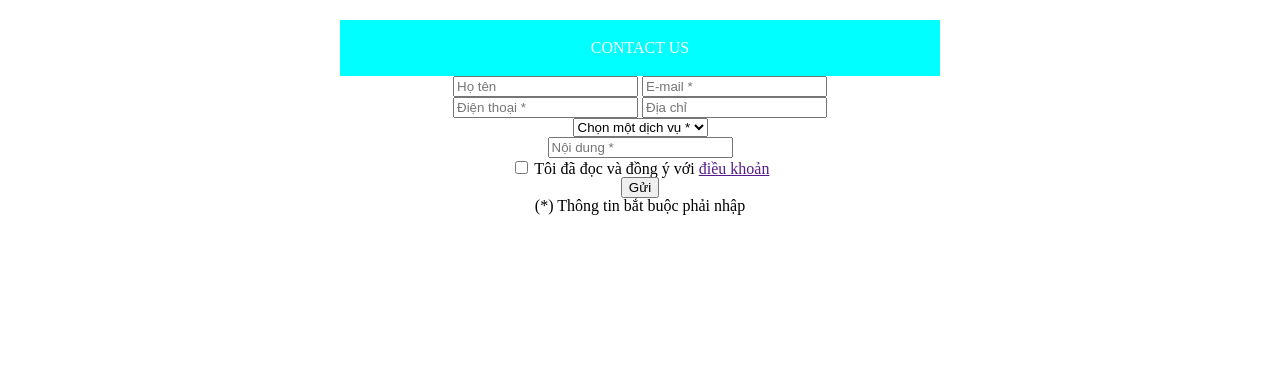
Repository: vanh1604/exercises
Page: baitap/Car/contact.html
An editor plug-in stored every save of this project. The page is shown before and after the next save, followed by the edit.
The browser window is 1280 px wide. The pictures show the whole page.

Above is the page before, as saved 2023-03-29 17:20:38.

After the next save:
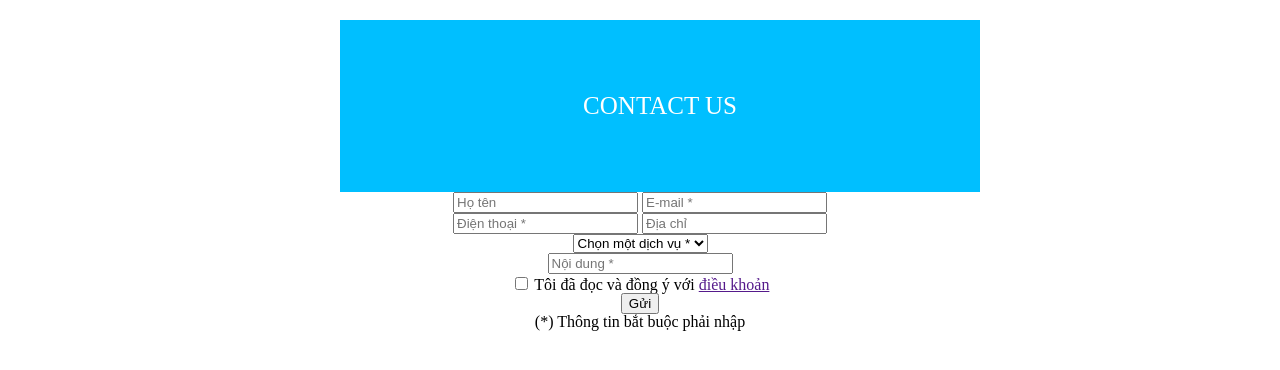
Saved 28 s later.
--- a/baitap/Car/contact.css
+++ b/baitap/Car/contact.css
@@ -19,5 +19,14 @@
   /* height: 470px; */
   background-color: #fff;
 }
+.header {
+  width: 100%;
+  background-color: deepskyblue !important;
+  color: #fff;
+  text-align: center;
+  line-height: 132px;
+  font-size: 25px;
+  text-transform: uppercase;
+}
 input {
 }

After the save that followed:
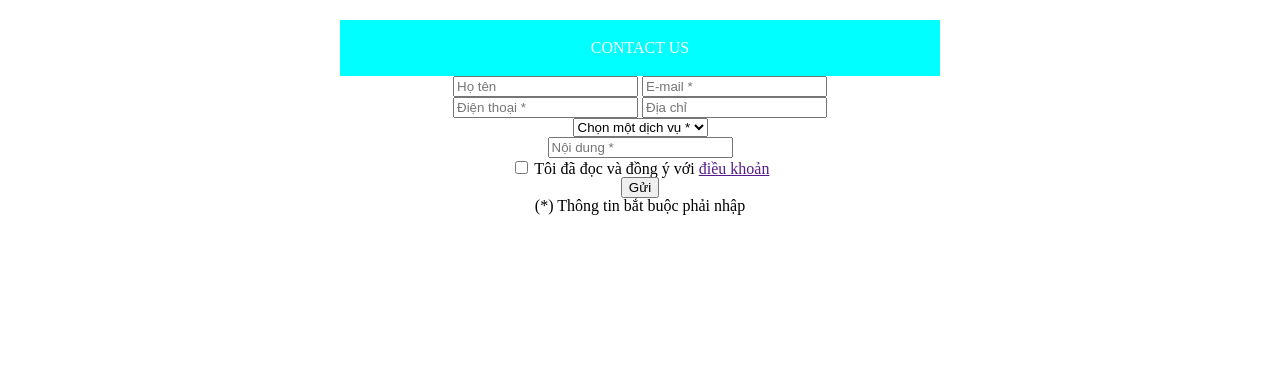
Saved 10 s later.
--- a/baitap/Car/contact.css
+++ b/baitap/Car/contact.css
@@ -19,14 +19,5 @@
   /* height: 470px; */
   background-color: #fff;
 }
-.header {
-  width: 100%;
-  background-color: deepskyblue !important;
-  color: #fff;
-  text-align: center;
-  line-height: 132px;
-  font-size: 25px;
-  text-transform: uppercase;
-}
 input {
 }
